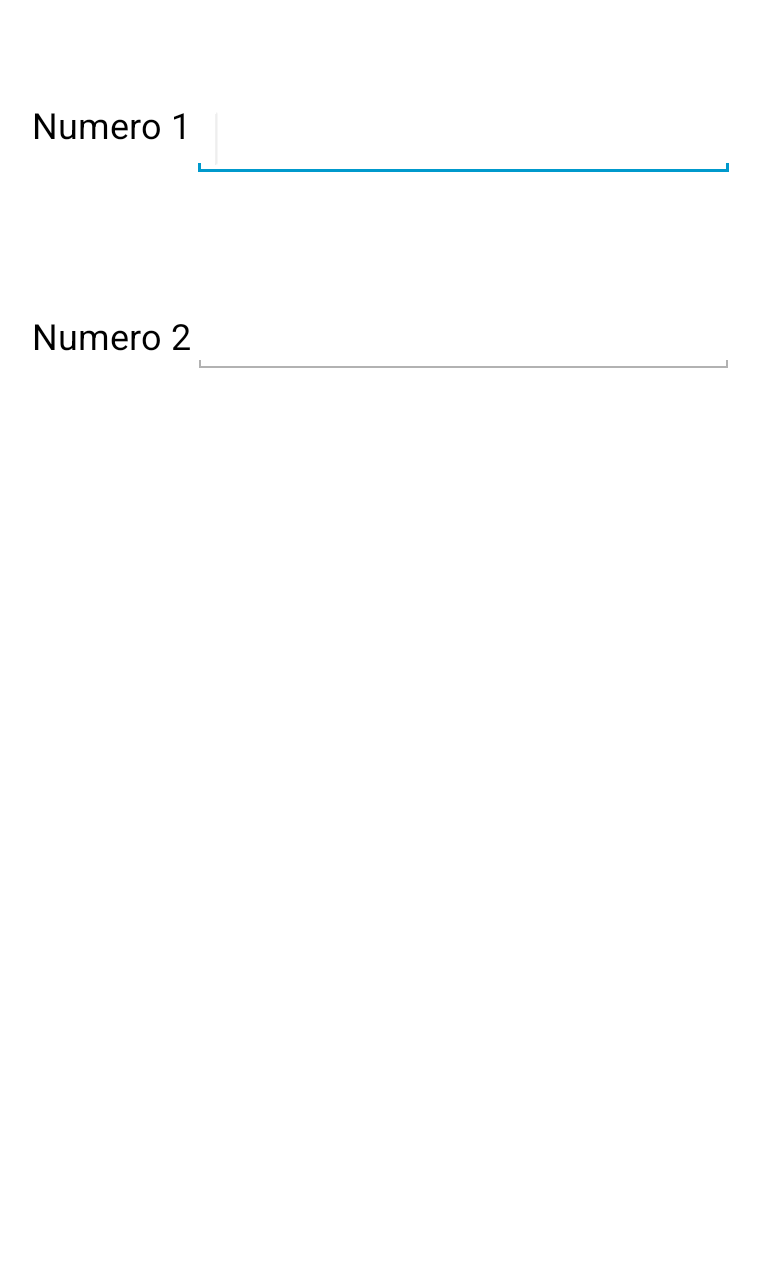
Repository: evervasquez/CursoAndroid
Layout: Precalculadora/res/layout/fragment_main.xml
These files come from the project's save history. The layout is drawn as it stood at one moment and after the next save; the edit follows.
It is drawn on a 768 x 1280 px phone screen (xhdpi) without system bars, with theme AppTheme; the app's code is not run.

Above is the layout before, as saved 2014-04-29 03:36:08.

After the next save:
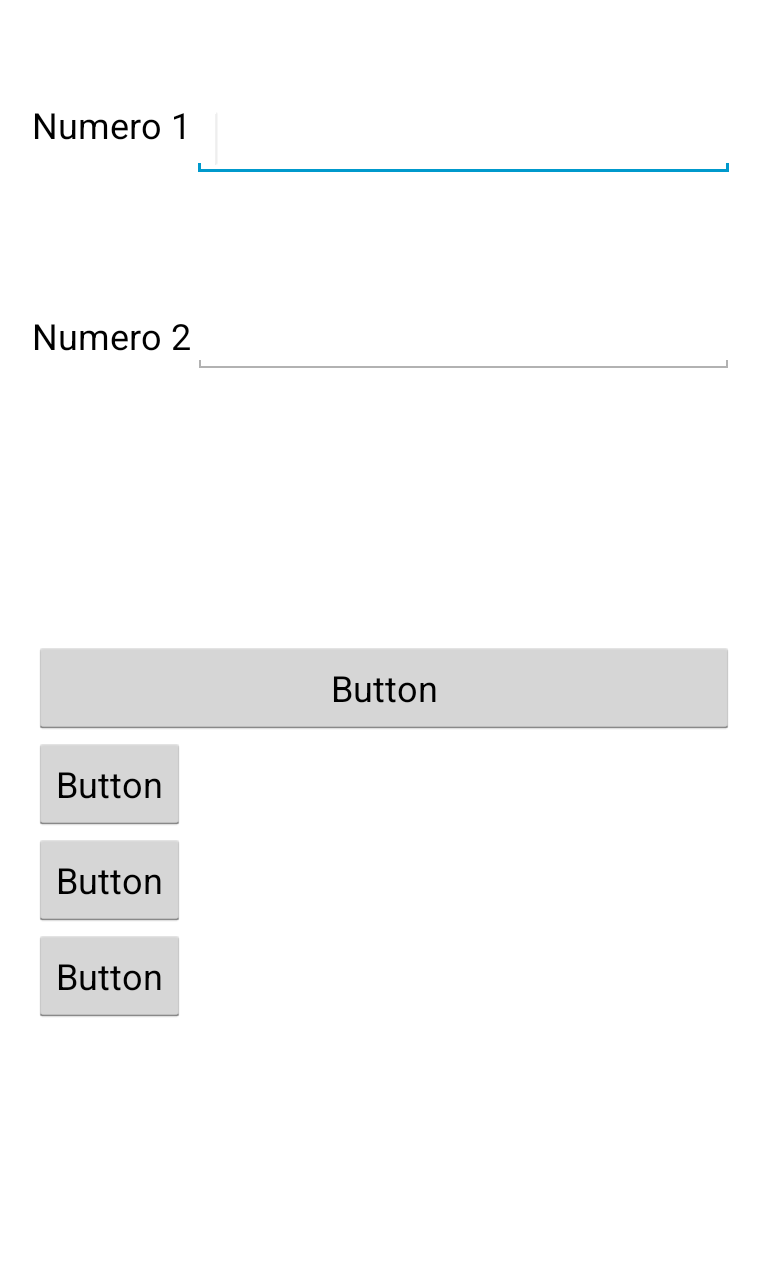
Saved 18 s later.
--- a/Precalculadora/res/layout/fragment_main.xml
+++ b/Precalculadora/res/layout/fragment_main.xml
@@ -68,6 +68,30 @@
 	    android:layout_weight="1"
 	    android:orientation="vertical" >
 
+		<Button
+		    android:id="@+id/button1"
+		    android:layout_width="fill_parent"
+		    android:layout_height="wrap_content"
+		    android:text="Button" />
+
+		<Button
+		    android:id="@+id/button2"
+		    android:layout_width="wrap_content"
+		    android:layout_height="wrap_content"
+		    android:text="Button" />
+
+		<Button
+		    android:id="@+id/button3"
+		    android:layout_width="wrap_content"
+		    android:layout_height="wrap_content"
+		    android:text="Button" />
+
+		<Button
+		    android:id="@+id/button4"
+		    android:layout_width="wrap_content"
+		    android:layout_height="wrap_content"
+		    android:text="Button" />
+
 	</LinearLayout>
 
 </LinearLayout>
